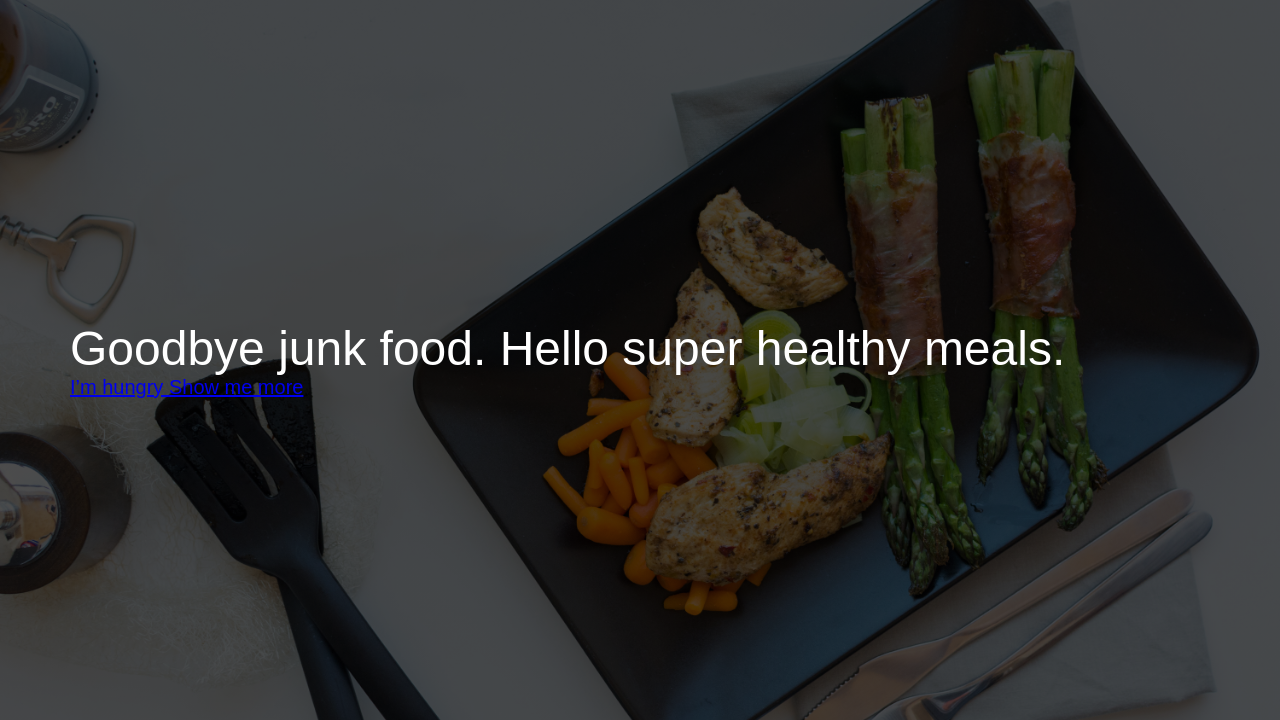
Repository: pboi18/E-Foods
Page: index.html
The author's editor kept a copy of each file at every save. The page is drawn from the files as they stood at one save, then again after the next save.
The browser window is 1280 px wide. The pictures show the whole page.

Above is the page before, as saved 2020-07-09 21:51:41.

### index.html
<!DOCTYPE html>
<html lang="en">
    <head>
        <meta http-equiv="Content-Type" content="text/html;charset=UTF-8">
        <link rel="stylesheet" href="vendors/css/normalize.css">
        <link rel="stylesheet" href="vendors/css/7.1 Grid.css">
        <link rel="stylesheet" href="resources/css/style.css">
        <link href='http://fonts.googleapis.com/css?family=Lato:100,300,400,300italic' rel='stylesheet' type='text/css'>
        <title>Ominifoods</title>
    </head>

    <body>
        <header>

            <div class="hero-text-box">
                <h1>Goodbye junk food. Hello super healthy meals.</h1>
                <a href="#">I’m hungry </a>
                <a href="#">Show me more </a>
            </div>

        </header>
    </body>
</html>

### resources/css/style.css
* {
    margin: 0;
    padding: 0;
    box-sizing: border-box;
}

html {
    background-color: #fff;
    color: #555;
    font-family: Arial, Helvetica, sans-serif,'Lato';
    font-weight: 300;
    font-size: 20px;
    text-rendering: optimizeLegibility;
}

.row {
    max-width: 1140px;
    margin: 0 auto;
}

header {
    background-image: linear-gradient(rgba(0, 0, 0, 0.7), rgba(0, 0, 0, 0.7)), url(img/hero.jpg);
    background-size: cover;
    background-position: center;
    height: 100vh;
}


.hero-text-box {
    position: absolute;
    width: 1140px;
    top: 50%;
    left: 50%;
    transform: translate(-50%, -50%);
}

h1 {
    margin: 0;
    color: #fff;
    font-size: 240%;
    font-weight: 300;

}

Loaded but not shown: vendors/css/normalize.css (library); vendors/css/7.1 Grid.css (library)

After the next save:
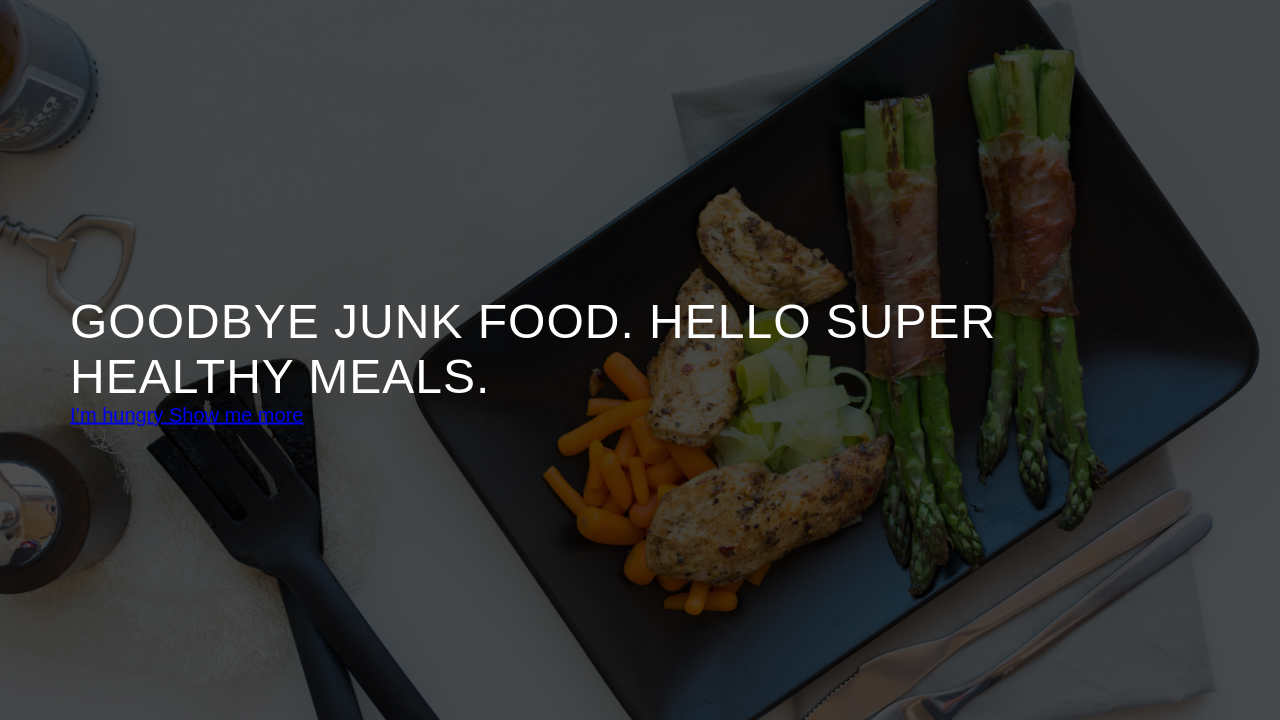
Saved 28 s later.
--- a/resources/css/style.css
+++ b/resources/css/style.css
@@ -39,5 +39,6 @@ h1 {
     color: #fff;
     font-size: 240%;
     font-weight: 300;
-
+    text-transform: uppercase;
+    letter-spacing: 1px;
 }
